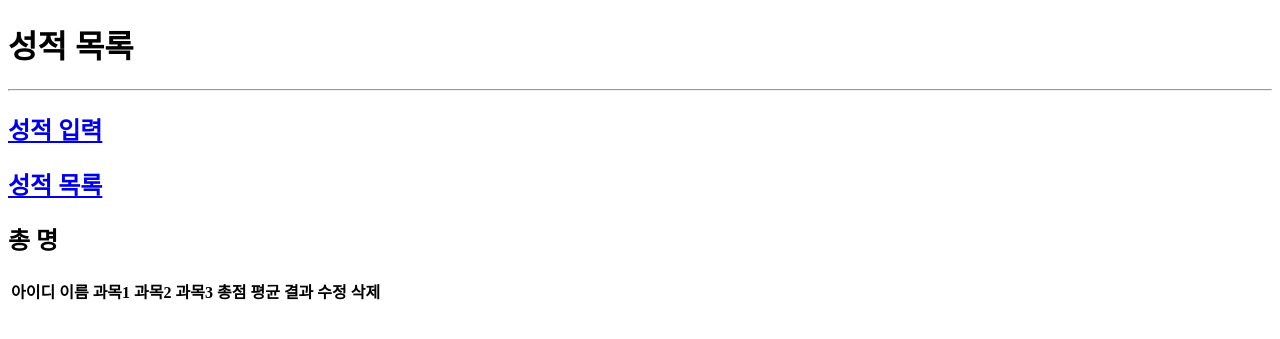
Repository: yhj4130/SpringMVCStudy
Page: http://localhost/mybatisWork03/WEB-INF/views/GradeList.jsp
An editor plug-in stored every save of this project. The page is shown before and after the next save, followed by the edit.
The browser window is 1280 px wide. The pictures show the whole page.
The page is served by Tomcat 9. Nobody is signed in. The template is opened directly, without the code that normally fills it, so the values that code supplies are empty.

Above is the page before, as saved 2019-06-27 02:44:43.

After the next save:
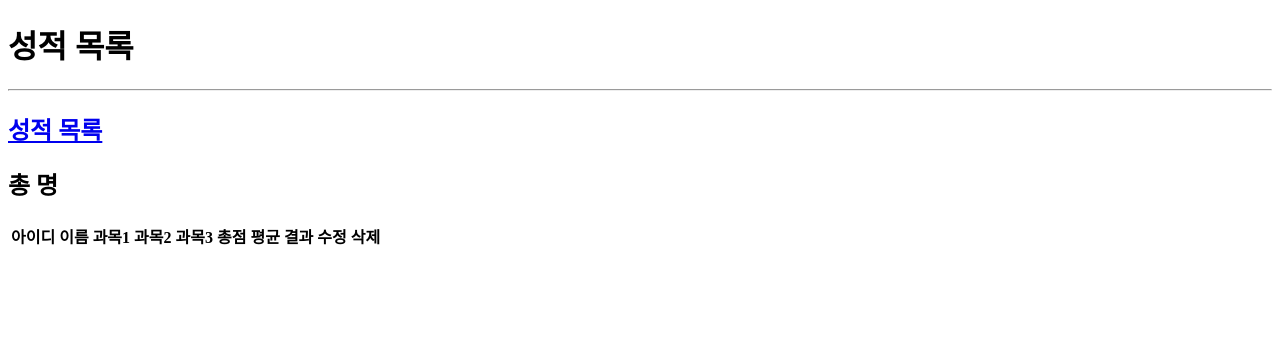
Saved 11 s later.
--- a/mybatisWork03/WebContent/WEB-INF/views/GradeList.jsp
+++ b/mybatisWork03/WebContent/WEB-INF/views/GradeList.jsp
@@ -46,7 +46,6 @@
 <div>
 	<h1>성적 목록</h1>
 	<hr>
-	<h2><a href="gradeinsertform.action">성적 입력</a></h2>
 	<h2><a href="gradelist.action">성적 목록</a></h2>
 </div>
 
